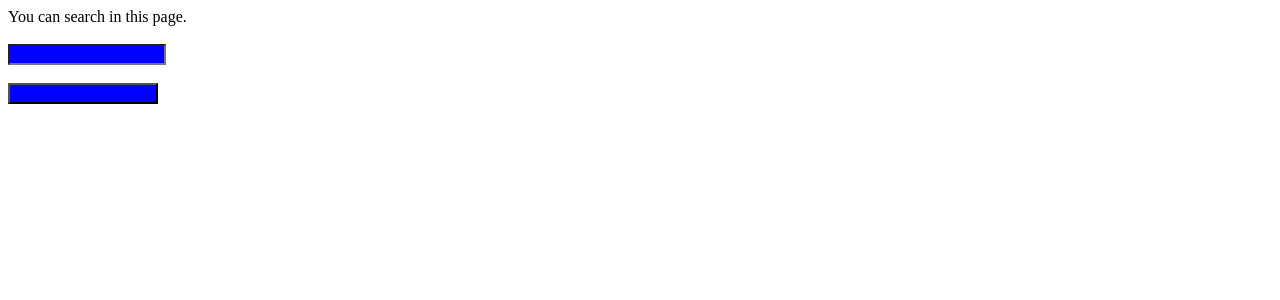
Repository: learoncero/SEProjektUebung
Page: http://localhost/HikingSoftware/search.jsp
An editor plug-in stored every save of this project. The page is shown before and after the next save, followed by the edit.
The browser window is 1280 px wide. The pictures show the whole page.
The page is served by Tomcat 9.

Above is the page before, as saved 2023-10-18 07:57:51.

After the next save:
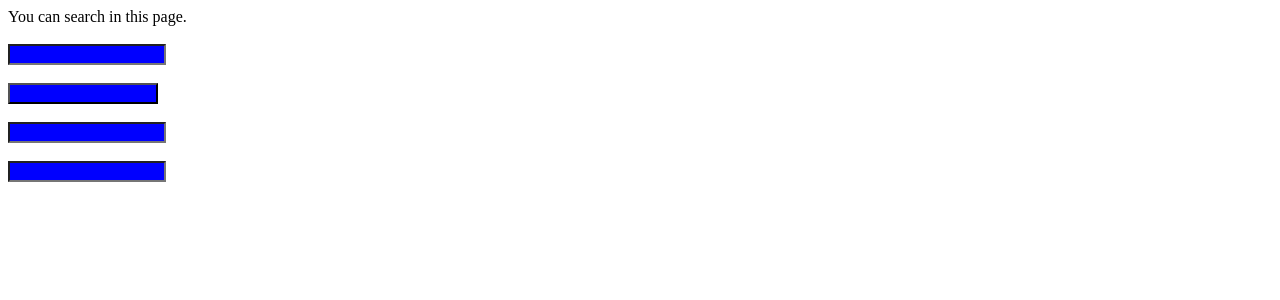
Saved 54 s later.
--- a/HikingSoftware/src/main/webapp/search.jsp
+++ b/HikingSoftware/src/main/webapp/search.jsp
@@ -12,5 +12,9 @@
 	<input type="text" style="width:150px;background-color:blue">
 	<br/><br/>
 	<input type="button" style="width:150px;background-color:blue">
+	<br/><br/>
+	<input type="password" style="width:150px;background-color:blue">
+	<br/><br/>
+	<input type="email" style="width:150px;background-color:blue">
 </body>
 </html>
